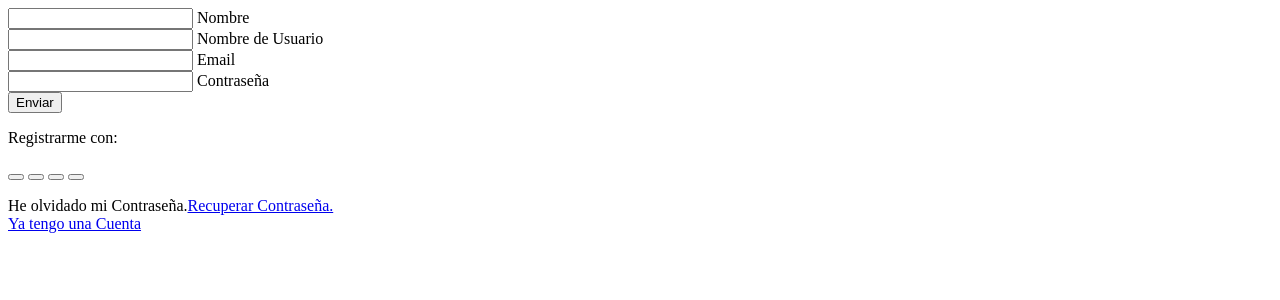
Repository: anderlss04/Blog
Page: http://localhost/View/login/forms/form-registro.php
An editor plug-in stored every save of this project. The page is shown before and after a run of saves, followed by the edit.
The browser window is 1280 px wide. The pictures show the whole page.
The page is run by PHP 8.4 with error messages shown; the project is at /var/www/html/.

Above is the page before, as saved 2022-11-14 12:31:50.

After the next 7 saves:
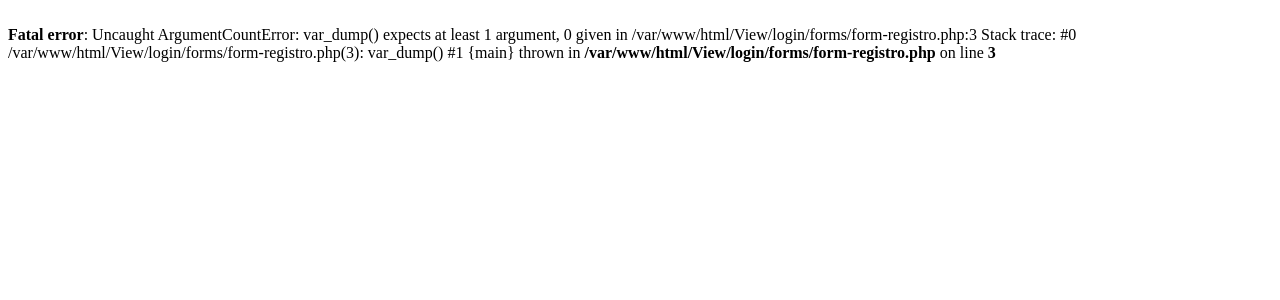
The 7 saves are shown as one change because they came seconds apart.
The last was saved 2 min 3 s later.
--- a/View/login/forms/form-registro.php
+++ b/View/login/forms/form-registro.php
@@ -1,5 +1,6 @@
 
 <form action="" method="post">
+    <?php var_dump() ?>
     <!--  Creación de una fila con dos columnas. La primera columna es para el nombre y la segunda
            columna es para el apellido. * -->
 
